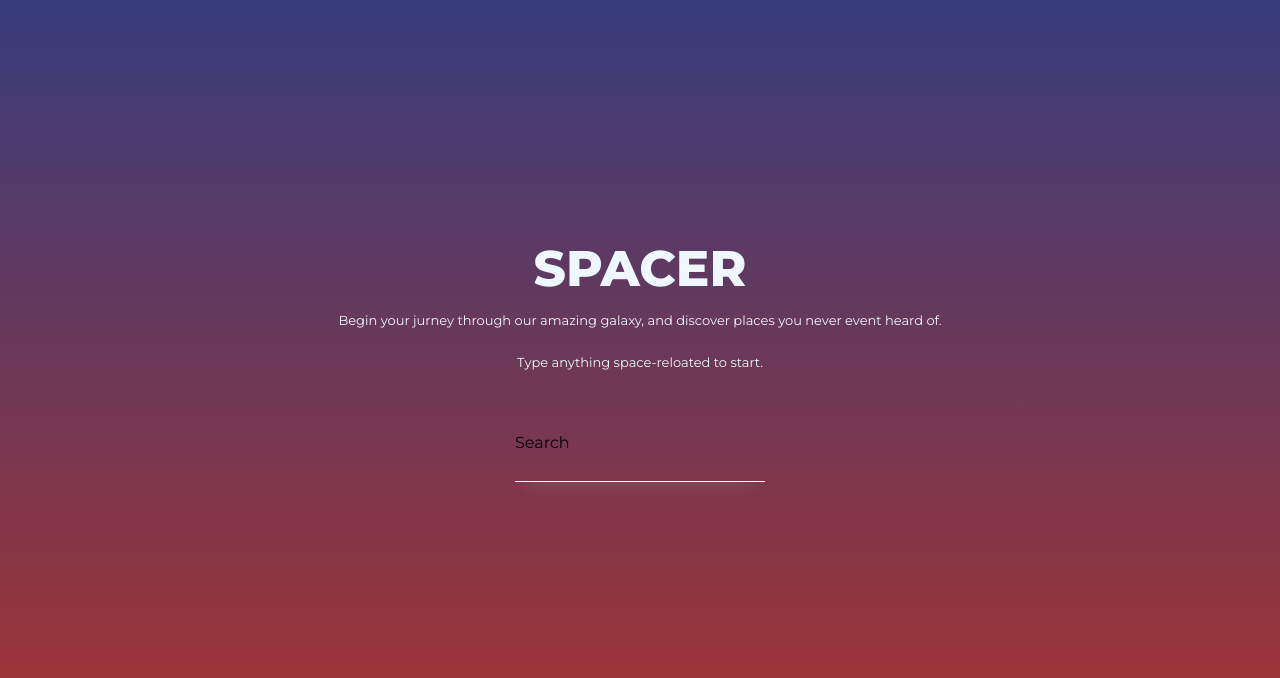
Repository: kamilluc/space-vue
Page: /#/
An editor plug-in stored every save of this project. The page is shown before and after the next save, followed by the edit.
The browser window is 1280 px wide. The pictures show the whole page.
The first visible `input` has the focus.
The project was rebuilt for these pictures with package versions that can differ from the ones it lists, and the page was loaded fresh each time. Also part of the build but not shown: src/views/About.vue.

Above is the page before, as saved 2018-08-08 23:46:29.

### public/index.html
<!DOCTYPE html>
<html lang="en">
  <head>
    <meta charset="utf-8">
    <meta http-equiv="X-UA-Compatible" content="IE=edge">
    <meta name="viewport" content="width=device-width,initial-scale=1.0">
    <link rel="icon" href="<%= BASE_URL %>favicon.ico">
    <title>space-vue</title>
  </head>
  <body>
    <noscript>
      <strong>We're sorry but space-vue doesn't work properly without JavaScript enabled. Please enable it to continue.</strong>
    </noscript>
    <div id="app"></div>
    <!-- built files will be auto injected -->
  </body>
</html>

### src/App.vue
<template>
  <div class="app">
    <!-- <div class="nav">
      <router-link to="/">spacer</router-link>
      <router-link to="/about">about</router-link>
    </div> -->
    <router-view />
  </div>
</template>

<style lang="scss">
@import url("https://fonts.googleapis.com/css?family=Montserrat:300,400,600,800");

* {
  box-sizing: border-box;
}
body {
  font-family: "Montserrat", sans-serif;
  margin: 0;
  padding: 0;
}
</style>

### src/router.js
import Vue from "vue";
import Router from "vue-router";
import Search from "./views/Search.vue";
import About from "./views/About.vue";

Vue.use(Router);

export default new Router({
  routes: [
    {
      path: "/",
      name: "Search",
      component: Search
    },
    {
      path: "/about",
      name: "About",
      component: About
    }
  ]
});

### src/views/Search.vue
<template>
  <div class="wrapper">
        <HeroImage />

    <Claim />
    <SearchInput />
    <!-- <div class="search">
      <label for="search">Search</label>
      <input type="text" id="search"
      name="search"
      v-model="searchValue"
      @input="handleInput"
      /> -->
      <!-- <ul>
      <li v-for="item in results" :key="item.data[0].nasa_id">
          <p>{{item.data[0].description}}</p>
      </li>
      </ul> -->
    <!-- </div> -->
  </div>
</template>

<script>
import axios from "axios";
import debounce from "lodash.debounce";
import Claim from "@/components/Claim";
import SearchInput from "@/components/SearchInput";
import HeroImage from "@/components/HeroImage";

const API = "https://images-api.nasa.gov/search?q=";

export default {
  name: "Search",
  components: { Claim, SearchInput, HeroImage },
  data() {
    return {
      searchValue: "",
      results: []
    };
  },
  methods: {
    // handleInput(e) {
    //   axios
    //     .get(`${API}${this.searchValue}&media_type=image`)
    //     .then(res => {
    //       console.log(res);
    //     })
    //     .catch(err => {
    //       console.log(err);
    //     });
    // }

    handleInput: debounce(function() {
      axios
        .get(`${API}${this.searchValue}&media_type=image`)
        .then(res => {
          // console.log(res);
          this.results = res.data.collection.items;
        })
        .catch(err => {
          console.log(err);
        });
    }, 500)
  }
};
</script>

<style lang="scss" scoped>
.wrapper {
  margin: 0;
  width: 100%;
  min-height: 100vh;
  padding: 30px;

  display: flex;
  flex-direction: column;
  align-items: center;
  // height: 100vh;

  justify-content: center;
}
</style>

### src/components/Claim.vue
<template>
  <div class="claim-wrapper">
    <h1 class="claim">SPACER</h1>
    <p class="subclaim">
        Begin your jurney through our amazing galaxy,
        and discover places you never event heard of.
    </p>
     <p class="subclaim">
        Type anything space-reloated to start.
    </p>
  </div>
</template>

<script>
export default {
  name: "Claim"
};
</script>

<style lang="scss" scoped>
.claim-wrapper {
  text-align: center;
  display: flex;
  flex-direction: column;
  justify-content: center;
  align-items: center;
  color: aliceblue;
}

.claim {
  font-size: 50px;
  margin: 0;
}

.subclaim {
  margin-top: 20px 0 0 0;
  font-size: 13px;
}
</style>

### src/components/SearchInput.vue
<template>
    <div class="searchinput-wrapper">
      <label for="search">Search</label>
      <input type="text" id="search"
      name="search"
      v-model="searchValue"
      @input="handleInput"
      />
      <!-- <ul>
      <li v-for="item in results" :key="item.data[0].nasa_id">
          <p>{{item.data[0].description}}</p>
      </li>
      </ul> -->
    </div>
</template>

<script>
export default {
  name: "SearchInput"
};
</script>

<style lang="scss" scoped>
.searchinput-wrapper {
  display: flex;
  flex-direction: column;
  margin-top: 50px;
  width: 250px;
}

input {
  height: 30px;
  border: 0;
  background: none;
  border-bottom: 1px solid white;
  transition: box-shadow 0.5s;
}

input:focus {
  outline: none;
  box-shadow: 0 10px 20px -12px rgba(255, 255, 255, 0.3);
}
</style>

### src/components/HeroImage.vue
<template>
    <div class="heroImage"></div>
</template>

<script>
export default {
  name: "HeroImage"
};
</script>

<style lang="scss" scoped>
.heroImage {
  position: fixed;
  top: 0;
  z-index: -1;
  width: 100%;
  height: 100vh;
  background: linear-gradient(#444b9b, #ca4141);
}

.heroImage::after {
  content: "";
  background: rgba(0, 0, 0, 0.2);
  position: absolute;
  top: 0;
  left: 0;
  z-index: 1;
  width: 100%;
  height: 100vh;
}
</style>

Loaded but not shown: src/main.js (common file)

After the next save:
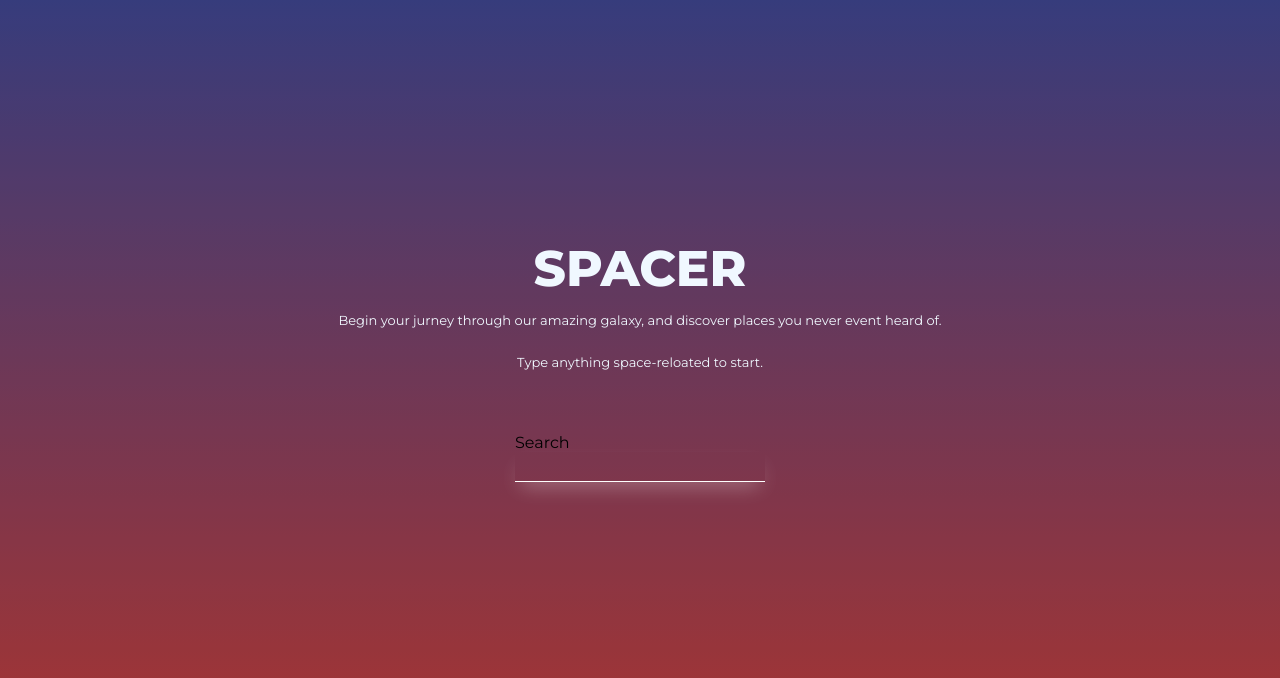
Saved 9 s later.
--- a/src/components/SearchInput.vue
+++ b/src/components/SearchInput.vue
@@ -38,6 +38,6 @@
 
 input:focus {
   outline: none;
-  box-shadow: 0 10px 20px -12px rgba(255, 255, 255, 0.3);
+  box-shadow: 0 10px 20px -6px rgba(255, 255, 255, 0.3);
 }
 </style>
